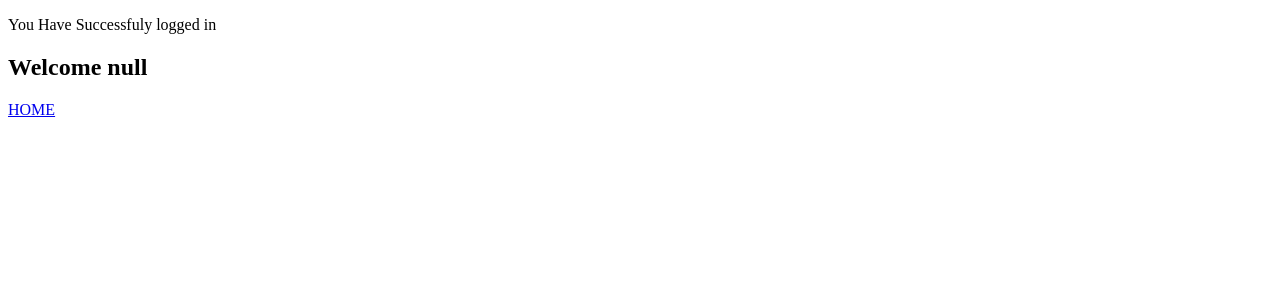
Repository: Bindu2296/allProjects
Page: http://localhost/Jspforms/log.jsp
An editor plug-in stored every save of this project. The page is shown before and after the next save, followed by the edit.
The browser window is 1280 px wide. The pictures show the whole page.
The page is served by Tomcat 9. Other server files are loaded and not shown.

Above is the page before, as saved 2019-03-26 12:09:44.

### Jspforms/src/main/webapp/log.jsp
<%@ page language="java" contentType="text/html; charset=ISO-8859-1"
    pageEncoding="ISO-8859-1"%>
<!DOCTYPE html>
			<html><body>
<p>You Have Successfuly logged in </p></body>
	<% HttpSession s =request.getSession();

	String uname=(String) s.getAttribute("username");
	String pword=(String) s.getAttribute("password");%>


	<h2>Welcome <% out.println(uname); %></h2> </p>
	<a href='index.jsp'>HOME</a></body>		</html>

After the next save:
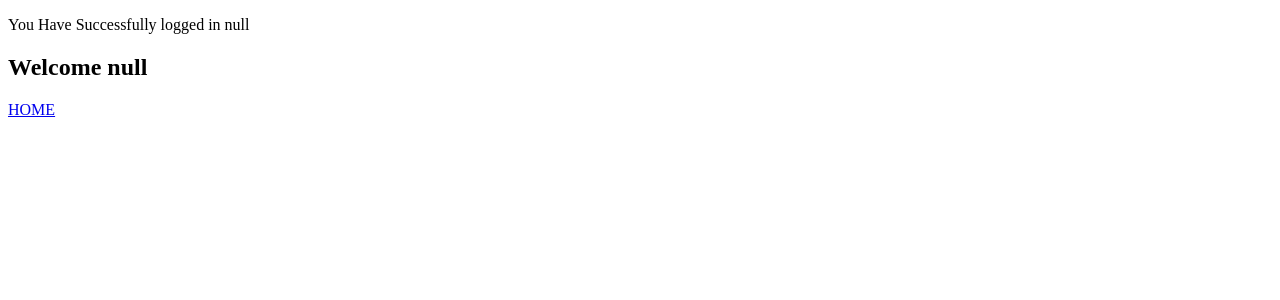
Saved 2 min 42 s later.
--- a/Jspforms/src/main/webapp/log.jsp
+++ b/Jspforms/src/main/webapp/log.jsp
@@ -1,13 +1,13 @@
 <%@ page language="java" contentType="text/html; charset=ISO-8859-1"
     pageEncoding="ISO-8859-1"%>
 <!DOCTYPE html>
-			<html><body>
-<p>You Have Successfuly logged in </p></body>
-	<% HttpSession s =request.getSession();
+			<html><body><% HttpSession s =request.getSession();
 
 	String uname=(String) s.getAttribute("username");
-	String pword=(String) s.getAttribute("password");%>
+	String pword=(String) s.getAttribute("firstname");%>
+<p>You Have Successfully logged in <% out.println(uname);%></p></body>
 
 
-	<h2>Welcome <% out.println(uname); %></h2> </p>
+
+	<h2>Welcome <% out.println(pword); %></h2> </p>
 	<a href='index.jsp'>HOME</a></body>		</html>
